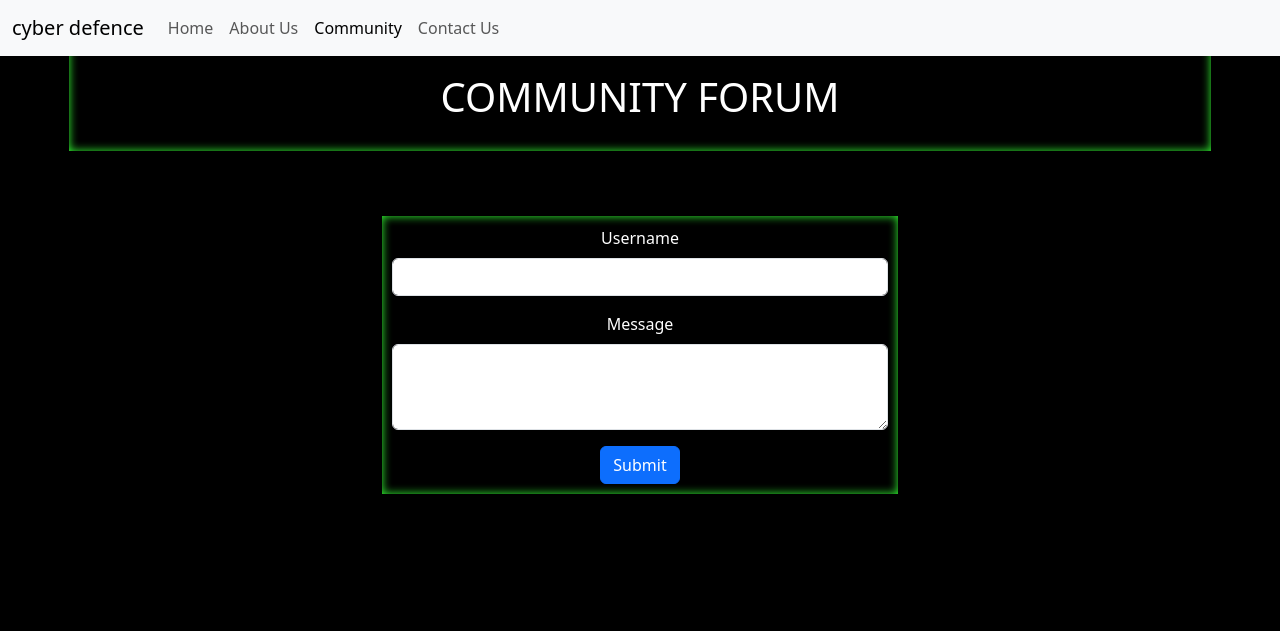
Repository: newworldhost/nwh
Page: community.html
These files come from the project's save history. The page is drawn as it stood at one moment and after the next save; the edit follows.
The browser window is 1280 px wide. The pictures show the whole page.

Above is the page before, as saved 2025-03-05 00:05:32.

After the next save:
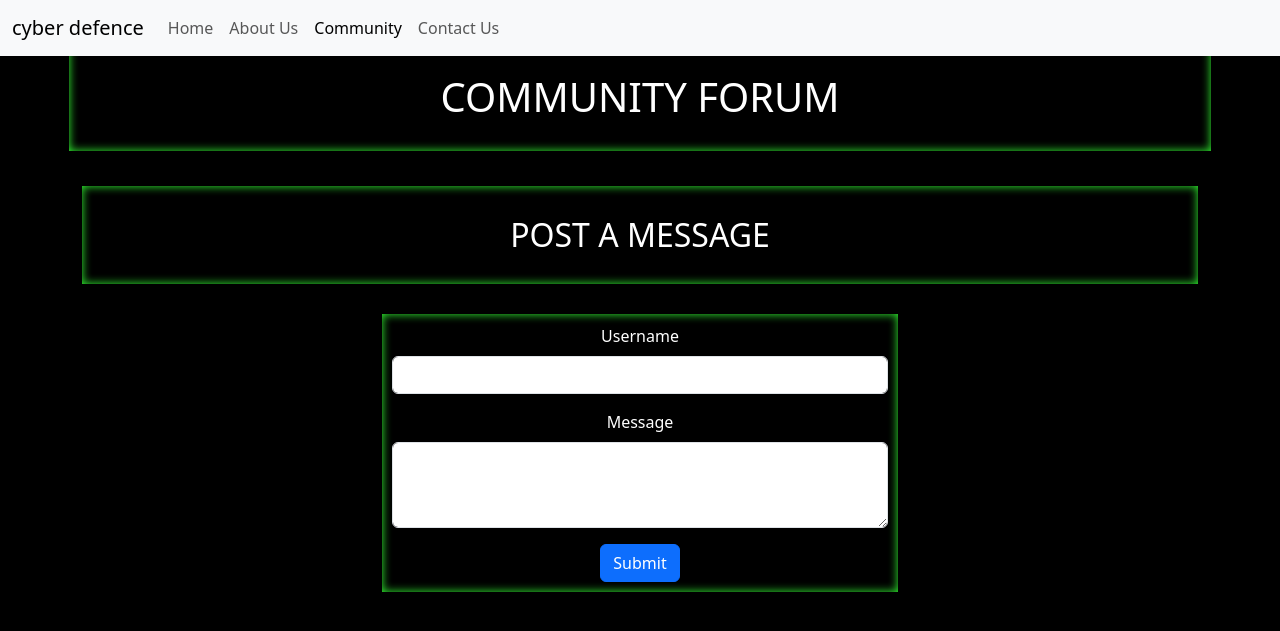
Saved 9 s later.
--- a/community.html
+++ b/community.html
@@ -32,6 +32,7 @@
     <main class="container">
         <h1>Community Forum</h1>
         <br><br>
+        <h2>Post a message</h2>
         <div id="messages"></div>
         <form id="messageForm">
             <div class="mb-3">
